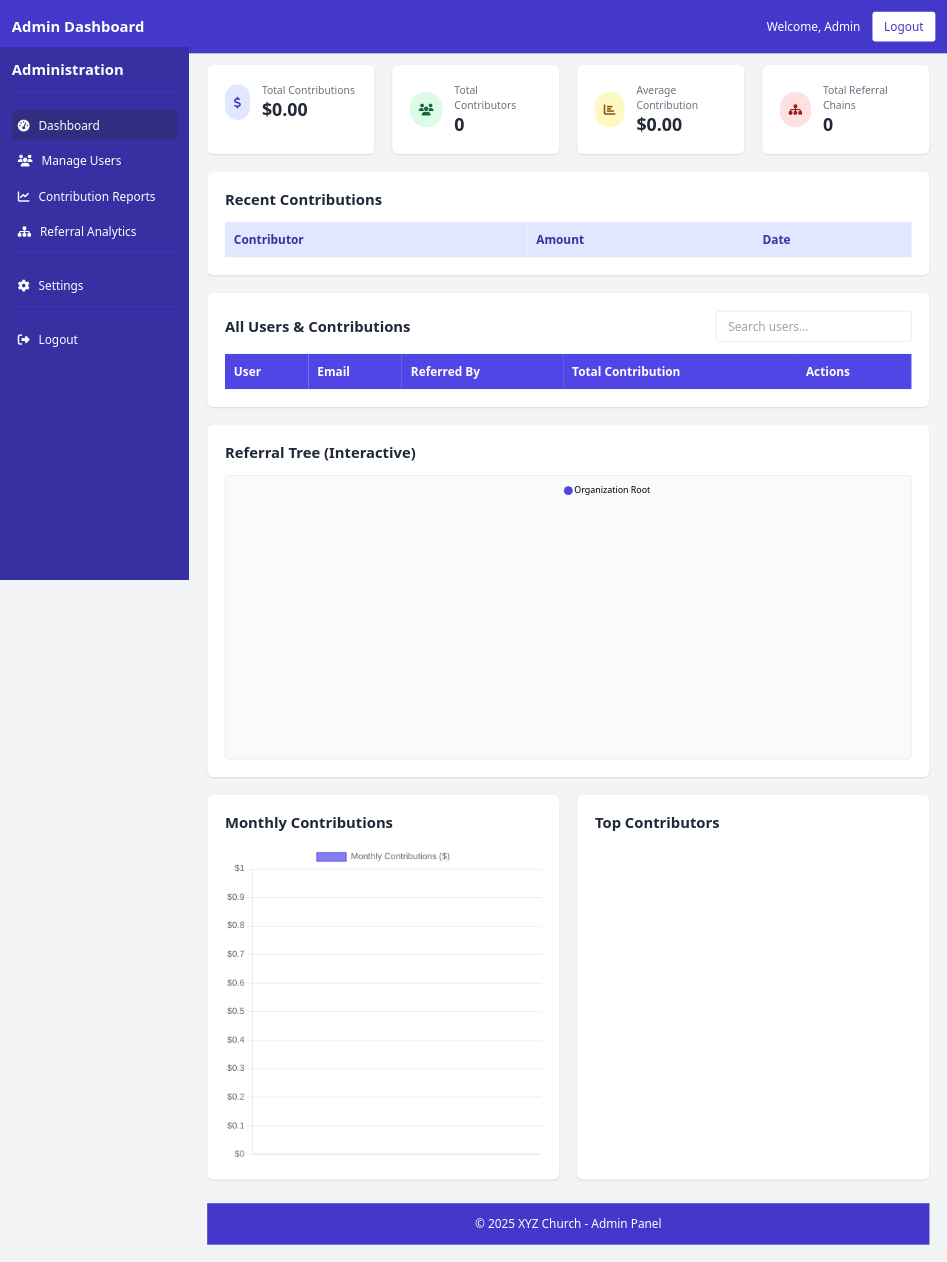
Repository: Lista-KM/church-platform
Page: http://localhost/admin/dashboard.php
The author's editor kept a copy of each file at every save. The page is drawn from the files as they stood at one save, then again after the next save.
The browser window is 1280 px wide. The pictures show the whole page, at 74% of full size.
Some web libraries are served in a nearby version. The page is run by PHP 8.4 with error messages shown; the project is at /var/www/html/. The session is filled in as if someone had signed in: {"user_id": 1, "is_admin": 1}. Other server files are loaded and not shown. Queries for data that is not in the repository find no rows.

Above is the page before, as saved 2025-04-15 19:10:26.

### admin/dashboard.php
<?php
// ADMIN DASHBOARD - admin_dashboard.php
include '../includes/auth.php';
include '../includes/functions.php';
include '../includes/db.php';

if (!($_SESSION['is_admin'] ?? false)) {
    header("Location: dashboard.php");
    exit();
}

// Total contributions
$stmt = $pdo->query("SELECT SUM(amount) as total FROM contributions");
$total_contributions = $stmt->fetch()['total'] ?? 0;

// Get contribution metrics
$stmt_monthly = $pdo->query("SELECT
                          DATE_FORMAT(contributed_at, '%Y-%m') as month,
                          SUM(amount) as total
                        FROM contributions
                        GROUP BY DATE_FORMAT(contributed_at, '%Y-%m')
                        ORDER BY month DESC
                        LIMIT 6");
$monthly_data = $stmt_monthly->fetchAll();

// Average contribution
$stmt_avg = $pdo->query("SELECT AVG(amount) as average FROM contributions");
$avg_contribution = $stmt_avg->fetch()['average'] ?? 0;

// Total contributors
$stmt_contributors = $pdo->query("SELECT COUNT(DISTINCT user_id) as total FROM contributions");
$total_contributors = $stmt_contributors->fetch()['total'] ?? 0;

// Top 5 contributors
$stmt_top = $pdo->query("SELECT users.name, SUM(contributions.amount) as total
                      FROM contributions
                      JOIN users ON users.id = contributions.user_id
                      GROUP BY user_id
                      ORDER BY total DESC
                      LIMIT 5");
$top_contributors = $stmt_top->fetchAll();

// Recent contributions
$stmt_recent = $pdo->query("SELECT users.name, contributions.amount, contributions.contributed_at
                       FROM contributions
                       JOIN users ON users.id = contributions.user_id
                       ORDER BY contributed_at DESC
                       LIMIT 10");
$recent_contributions = $stmt_recent->fetchAll();

// Get all users and their contributions
$tree_stmt = $pdo->query("SELECT users.name, users.email, users.id, users.referred_by, COALESCE(SUM(contributions.amount),0) as total_contribution FROM users LEFT JOIN contributions ON users.id = contributions.user_id GROUP BY users.id");
$tree_data = $tree_stmt->fetchAll();
$users = $tree_data;

?>
<!DOCTYPE html>
<html lang="en">

<head>
    <meta charset="UTF-8">
    <meta name="viewport" content="width=device-width, initial-scale=1.0">
    <title>Admin Dashboard</title>
    <script src="https://cdn.tailwindcss.com"></script>
    <script src="https://d3js.org/d3.v7.min.js"></script>
    <script src="https://cdnjs.cloudflare.com/ajax/libs/Chart.js/3.9.1/chart.min.js"></script>
    <link rel="stylesheet" href="https://cdnjs.cloudflare.com/ajax/libs/font-awesome/6.4.0/css/all.min.css">
</head>

<body class="bg-gray-100 text-gray-800">
    <!-- Header -->
    <header class="bg-indigo-700 text-white p-4 flex justify-between items-center shadow fixed w-full z-10">
        <div class="flex items-center">
            <button id="sidebar-toggle" class="mr-3 text-white md:hidden">
                <i class="fas fa-bars text-xl"></i>
            </button>
            <h1 class="text-xl font-semibold">Admin Dashboard</h1>
        </div>
        <div class="flex items-center space-x-4">
            <span class="hidden md:inline">Welcome, <?php echo htmlspecialchars($_SESSION['name'] ?? 'Admin'); ?></span>
            <a href="../logout.php"
                class="bg-white text-indigo-700 px-4 py-2 rounded hover:bg-gray-100 transition">Logout</a>
        </div>
    </header>

    <div class="flex pt-16">
        <!-- Sidebar -->
        <aside id="sidebar"
            class="bg-indigo-800 text-white w-64 min-h-screen fixed z-10 transition-transform duration-300 ease-in-out md:translate-x-0 transform -translate-x-full">
            <div class="p-4">
                <div class="border-b border-indigo-700 pb-4 mb-6">
                    <h2 class="text-xl font-bold">Administration</h2>
                </div>
                <nav>
                    <ul class="space-y-2">
                        <li>
                            <a href="dashboard.php"
                                class="flex items-center p-2 rounded bg-indigo-900 hover:bg-indigo-900">
                                <i class="fas fa-tachometer-alt mr-3"></i>
                                <span>Dashboard</span>
                            </a>
                        </li>
                        <li>
                            <a href="manage_users.php" class="flex items-center p-2 rounded hover:bg-indigo-900">
                                <i class="fas fa-users mr-3"></i>
                                <span>Manage Users</span>
                            </a>
                        </li>
                        <li>
                            <a href="contribution_reports.php"
                                class="flex items-center p-2 rounded hover:bg-indigo-900">
                                <i class="fas fa-chart-line mr-3"></i>
                                <span>Contribution Reports</span>
                            </a>
                        </li>
                        <li>
                            <a href="referral_analytics.php" class="flex items-center p-2 rounded hover:bg-indigo-900">
                                <i class="fas fa-sitemap mr-3"></i>
                                <span>Referral Analytics</span>
                            </a>
                        </li>
                        <li class="pt-6 border-t border-indigo-700 mt-6">
                            <a href="settings.php" class="flex items-center p-2 rounded hover:bg-indigo-900">
                                <i class="fas fa-cog mr-3"></i>
                                <span>Settings</span>
                            </a>
                        </li>
                        <li class="pt-6 border-t border-indigo-700 mt-6">
                            <a href="../logout.php" class="flex items-center p-2 rounded hover:bg-indigo-900">
                                <i class="fas fa-sign-out-alt mr-3"></i>
                                <span>Logout</span>
                            </a>
                        </li>

                    </ul>
                </nav>
            </div>
        </aside>

        <!-- Main Content -->
        <main class="flex-1 p-6 md:ml-64 transition-all duration-300 ease-in-out overflow-x-hidden">
            <!-- Overview Cards -->
            <div class="grid grid-cols-1 md:grid-cols-2 lg:grid-cols-4 gap-6 mb-6">
                <div class="bg-white rounded-lg shadow p-6">
                    <div class="flex items-center">
                        <div class="p-3 rounded-full bg-indigo-100 text-indigo-800 mr-4">
                            <i class="fas fa-dollar-sign"></i>
                        </div>
                        <div>
                            <p class="text-sm text-gray-500">Total Contributions</p>
                            <p class="text-2xl font-bold">$<?php echo number_format($total_contributions, 2); ?></p>
                        </div>
                    </div>
                </div>

                <div class="bg-white rounded-lg shadow p-6">
                    <div class="flex items-center">
                        <div class="p-3 rounded-full bg-green-100 text-green-800 mr-4">
                            <i class="fas fa-users"></i>
                        </div>
                        <div>
                            <p class="text-sm text-gray-500">Total Contributors</p>
                            <p class="text-2xl font-bold"><?php echo $total_contributors; ?></p>
                        </div>
                    </div>
                </div>

                <div class="bg-white rounded-lg shadow p-6">
                    <div class="flex items-center">
                        <div class="p-3 rounded-full bg-yellow-100 text-yellow-800 mr-4">
                            <i class="fas fa-chart-bar"></i>
                        </div>
                        <div>
                            <p class="text-sm text-gray-500">Average Contribution</p>
                            <p class="text-2xl font-bold">$<?php echo number_format($avg_contribution, 2); ?></p>
                        </div>
                    </div>
                </div>

                <div class="bg-white rounded-lg shadow p-6">
                    <div class="flex items-center">
                        <div class="p-3 rounded-full bg-red-100 text-red-800 mr-4">
                            <i class="fas fa-sitemap"></i>
                        </div>
                        <div>
                            <p class="text-sm text-gray-500">Total Referral Chains</p>
                            <p class="text-2xl font-bold">
                                <?php echo count(array_filter($users, function($u) { return !$u['referred_by']; })); ?>
                            </p>
                        </div>
                    </div>
                </div>
            </div>



            <!-- Recent Activity -->
            <div class="bg-white rounded-lg shadow p-6 mb-6">
                <h3 class="text-xl font-semibold mb-4">Recent Contributions</h3>
                <div class="overflow-x-auto">
                    <table class="w-full table-auto">
                        <thead class="bg-indigo-100 text-indigo-800">
                            <tr>
                                <th class="p-3 text-left">Contributor</th>
                                <th class="p-3 text-left">Amount</th>
                                <th class="p-3 text-left">Date</th>
                            </tr>
                        </thead>
                        <tbody>
                            <?php foreach ($recent_contributions as $contribution): ?>
                            <tr class="border-b hover:bg-gray-50">
                                <td class="p-3"><?php echo htmlspecialchars($contribution['name']); ?></td>
                                <td class="p-3 font-semibold text-green-600">
                                    $<?php echo number_format($contribution['amount'], 2); ?></td>
                                <td class="p-3">
                                    <?php echo date('M j, Y g:i A', strtotime($contribution['contributed_at'])); ?></td>
                            </tr>
                            <?php endforeach; ?>
                        </tbody>
                    </table>
                </div>
            </div>

            <!-- User Table -->
            <div class="bg-white rounded-lg shadow p-6 mb-6">
                <div class="flex justify-between items-center mb-4">
                    <h3 class="text-xl font-semibold">All Users & Contributions</h3>
                    <div>
                        <input type="text" id="userSearch" placeholder="Search users..."
                            class="px-4 py-2 border rounded">
                    </div>
                </div>
                <div class="overflow-x-auto">
                    <table class="w-full table-auto" id="userTable">
                        <thead class="bg-indigo-600 text-white">
                            <tr>
                                <th class="p-3 text-left">User</th>
                                <th class="p-3 text-left">Email</th>
                                <th class="p-3 text-left">Referred By</th>
                                <th class="p-3 text-left">Total Contribution</th>
                                <th class="p-3 text-left">Actions</th>
                            </tr>
                        </thead>
                        <tbody>
                            <?php foreach ($users as $user): ?>
                            <tr class="border-b hover:bg-gray-50">
                                <td class="p-3"><?php echo htmlspecialchars($user['name']); ?></td>
                                <td class="p-3"><?php echo htmlspecialchars($user['email']); ?></td>
                                <td class="p-3">
                                    <?php
                  if ($user['referred_by']) {
                    $ref_stmt = $pdo->prepare("SELECT name FROM users WHERE id = ?");
                    $ref_stmt->execute([$user['referred_by']]);
                    $ref_name = $ref_stmt->fetch()['name'] ?? 'Unknown';
                    echo htmlspecialchars($ref_name);
                  } else {
                    echo 'None';
                  }
                  ?>
                                </td>
                                <td class="p-3 font-semibold text-green-600">
                                    $<?php echo number_format($user['total_contribution'] ?? 0, 2); ?></td>
                                <td class="p-3">
                                    <a href="user_detail.php?id=<?php echo $user['id']; ?>"
                                        class="text-indigo-600 hover:text-indigo-800">
                                        <i class="fas fa-eye mr-1"></i> View
                                    </a>
                                </td>
                            </tr>
                            <?php endforeach; ?>
                        </tbody>
                    </table>
                </div>
            </div>

            <!-- Referral Tree Visualization -->
            <div class="bg-white rounded-lg shadow p-6 mb-6">
                <h3 class="text-xl font-semibold mb-4">Referral Tree (Interactive)</h3>
                <div id="treeChart" class="w-full h-96 bg-gray-50 rounded border overflow-auto"></div>
            </div>

            <!-- Charts and Analytics -->
            <div class="grid grid-cols-1 lg:grid-cols-2 gap-6 mb-6">
                <!-- Monthly Contribution Chart -->
                <div class="bg-white rounded-lg shadow p-6">
                    <h3 class="text-xl font-semibold mb-4">Monthly Contributions</h3>
                    <canvas id="contributionChart" height="300"></canvas>
                </div>

                <!-- Top Contributors -->
                <div class="bg-white rounded-lg shadow p-6">
                    <h3 class="text-xl font-semibold mb-4">Top Contributors</h3>
                    <ul class="divide-y">
                        <?php foreach ($top_contributors as $contributor): ?>
                        <li class="py-3 flex justify-between items-center">
                            <span class="font-medium"><?php echo htmlspecialchars($contributor['name']); ?></span>
                            <span
                                class="text-green-600 font-bold">$<?php echo number_format($contributor['total'], 2); ?></span>
                        </li>
                        <?php endforeach; ?>
                    </ul>
                </div>
            </div>

            <!-- Footer -->
            <footer class="bg-indigo-700 text-white text-center py-4 mt-8">
                <p>&copy; 2025 XYZ Church - Admin Panel</p>
            </footer>

            <script>
            // Sidebar toggle functionality
            const sidebarToggle = document.getElementById('sidebar-toggle');
            const sidebar = document.getElementById('sidebar');
            const main = document.querySelector('main');

            sidebarToggle.addEventListener('click', () => {
                sidebar.classList.toggle('-translate-x-full');
                main.classList.toggle('md:ml-0');
            });

            // Handle window resize
            window.addEventListener('resize', () => {
                if (window.innerWidth >= 768) {
                    main.classList.add('md:ml-64');
                    sidebar.classList.add('md:translate-x-0');
                } else {
                    sidebar.classList.add('-translate-x-full');
                    main.classList.remove('md:ml-0');
                }
            });

            // User search functionality
            const userSearch = document.getElementById('userSearch');
            const userTable = document.getElementById('userTable');

            userSearch.addEventListener('keyup', function() {
                const searchText = this.value.toLowerCase();
                const rows = userTable.querySelectorAll('tbody tr');

                rows.forEach(row => {
                    const text = row.textContent.toLowerCase();
                    row.style.display = text.includes(searchText) ? '' : 'none';
                });
            });

            // Chart.js - Monthly Contribution Chart
            const months = [
                <?php foreach (array_reverse($monthly_data) as $data): ?> "<?php echo date('M Y', strtotime($data['month'] . '-01')); ?>",
                <?php endforeach; ?>
            ];

            const contributionData = [
                <?php foreach (array_reverse($monthly_data) as $data): ?>
                <?php echo $data['total']; ?>,
                <?php endforeach; ?>
            ];

            const ctx = document.getElementById('contributionChart').getContext('2d');
            new Chart(ctx, {
                type: 'bar',
                data: {
                    labels: months,
                    datasets: [{
                        label: 'Monthly Contributions ($)',
                        data: contributionData,
                        backgroundColor: 'rgba(79, 70, 229, 0.7)',
                        borderColor: 'rgba(79, 70, 229, 1)',
                        borderWidth: 1
                    }]
                },
                options: {
                    responsive: true,
                    scales: {
                        y: {
                            beginAtZero: true,
                            ticks: {
                                callback: function(value) {
                                    return '$' + value;
                                }
                            }
                        }
                    }
                }
            });

            // D3.js - Vertical Referral Tree
            const width = document.getElementById('treeChart').clientWidth;
            const height = document.getElementById('treeChart').clientHeight;

            const svg = d3.select("#treeChart")
                .append("svg")
                .attr("width", width)
                .attr("height", height);

            const g = svg.append("g")
                .attr("transform", "translate(50, 20)");

            // Create tree data structure
            const treeData = {
                name: "Organization Root",
                children: [
                    <?php foreach ($users as $user):
          if (!$user['referred_by']) { ?> {
                        name: "<?php echo addslashes($user['name']); ?>",
                        value: <?php echo $user['total_contribution'] ?? 0; ?>,
                        children: [
                            <?php
              // Get direct referrals
              $stmt2 = $pdo->prepare("SELECT name, id FROM users WHERE referred_by = ?");
              $stmt2->execute([$user['id']]);
              $refChildren = $stmt2->fetchAll();
              foreach ($refChildren as $child):
                // Get second-level referrals
                $stmt3 = $pdo->prepare("SELECT name, id FROM users WHERE referred_by = ?");
                $stmt3->execute([$child['id']]);
                $grandChildren = $stmt3->fetchAll();
              ?> {
                                name: "<?php echo addslashes($child['name']); ?>",
                                children: [
                                    <?php foreach ($grandChildren as $grandChild): ?> {
                                        name: "<?php echo addslashes($grandChild['name']); ?>"
                                    },
                                    <?php endforeach; ?>
                                ]
                            },
                            <?php endforeach; ?>
                        ]
                    },
                    <?php } endforeach; ?>
                ]
            };

            // Create a hierarchical layout
            const root = d3.hierarchy(treeData);

            // Define tree layout
            const treeLayout = d3.tree()
                .size([width - 100, height - 40]);

            // Assign position to nodes
            treeLayout(root);

            // Draw links between nodes
            g.selectAll(".link")
                .data(root.links())
                .join("path")
                .attr("class", "link")
                .attr("d", d3.linkVertical()
                    .x(d => d.x)
                    .y(d => d.y))
                .attr("fill", "none")
                .attr("stroke", "#ccc");

            // Create node groups
            const node = g.selectAll(".node")
                .data(root.descendants())
                .join("g")
                .attr("class", "node")
                .attr("transform", d => `translate(${d.x},${d.y})`)
                .attr("cursor", "pointer")
                .on("mouseover", function() {
                    d3.select(this).select("circle").attr("r", 8);
                })
                .on("mouseout", function() {
                    d3.select(this).select("circle").attr("r", 6);
                });

            // Add circles to nodes
            node.append("circle")
                .attr("r", 6)
                .attr("fill", d => d.depth === 0 ? "#4F46E5" : (d.data.value > 1000 ? "#10B981" : "#6366F1"));

            // Add labels to nodes
            node.append("text")
                .attr("dy", ".31em")
                .attr("x", d => d.children ? -8 : 8)
                .attr("text-anchor", d => d.children ? "end" : "start")
                .text(d => d.data.name)
                .style("font-size", "12px");

            // Add zoom behavior
            const zoom = d3.zoom()
                .scaleExtent([0.5, 3])
                .on("zoom", (event) => {
                    g.attr("transform", event.transform);
                });

            svg.call(zoom);
            </script>
</body>

</html>

### includes/auth.php
<?php
session_start();
if (!isset($_SESSION['user_id'])) {
    header("Location: ../login.php");
    exit();
}

### includes/functions.php
<?php
function sanitize($input) {
    return htmlspecialchars(trim($input), ENT_QUOTES, 'UTF-8');
}

### includes/db.php
<?php
$host = 'localhost';
$db   = 'church_platform';
$user = 'lista';
$pass = 'farmgate@2024!';
$charset = 'utf8mb4';

$dsn = "mysql:host=$host;dbname=$db;charset=$charset";
$options = [
    PDO::ATTR_ERRMODE            => PDO::ERRMODE_EXCEPTION,
    PDO::ATTR_DEFAULT_FETCH_MODE => PDO::FETCH_ASSOC,
];

try {
    $pdo = new PDO($dsn, $user, $pass, $options);
} catch (\PDOException $e) {
    exit("Database connection failed: " . $e->getMessage());
}

After the next save:
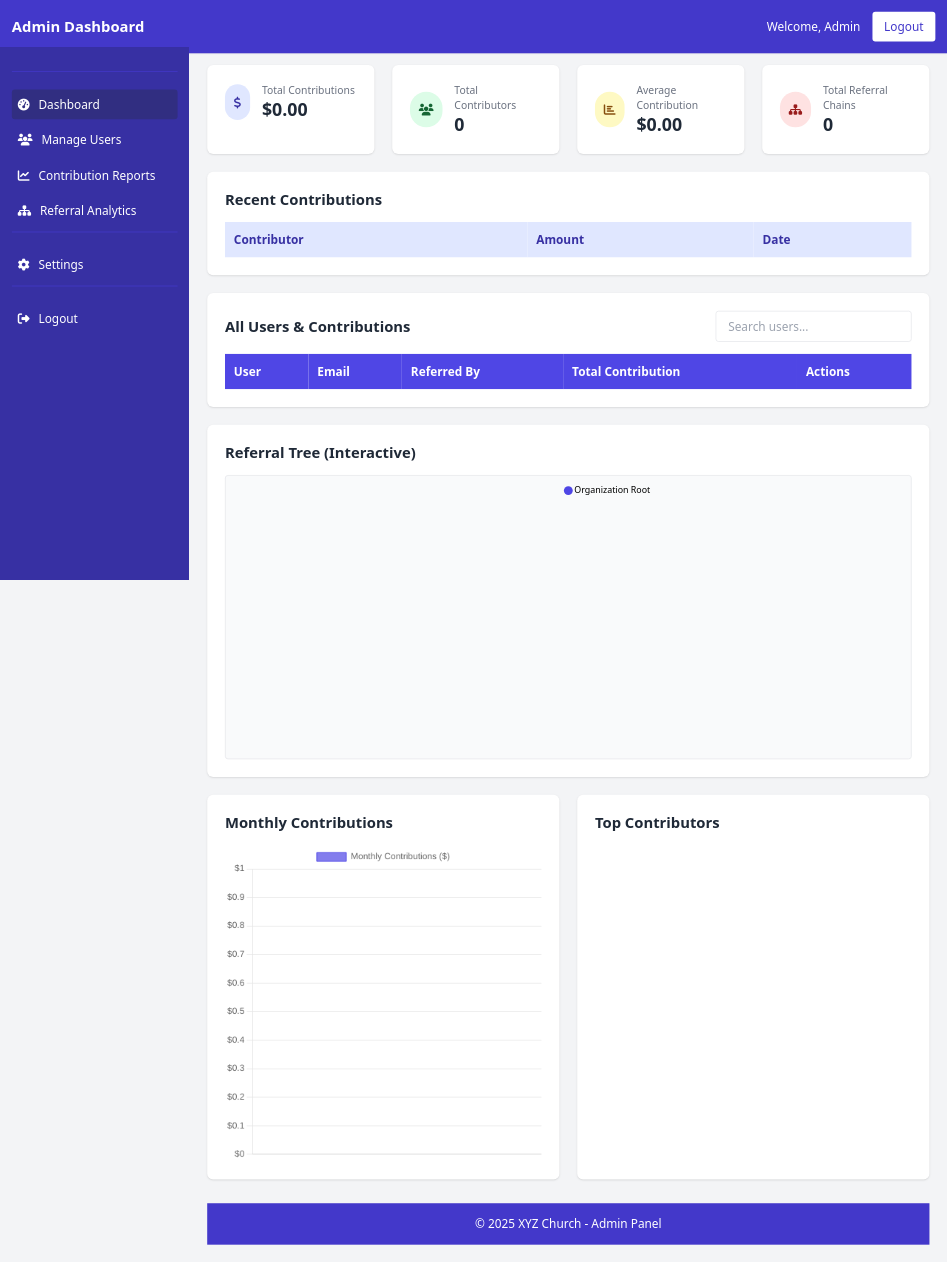
Saved 19 s later.
--- a/admin/dashboard.php
+++ b/admin/dashboard.php
@@ -89,7 +89,6 @@ $users = $tree_data;
             class="bg-indigo-800 text-white w-64 min-h-screen fixed z-10 transition-transform duration-300 ease-in-out md:translate-x-0 transform -translate-x-full">
             <div class="p-4">
                 <div class="border-b border-indigo-700 pb-4 mb-6">
-                    <h2 class="text-xl font-bold">Administration</h2>
                 </div>
                 <nav>
                     <ul class="space-y-2">
